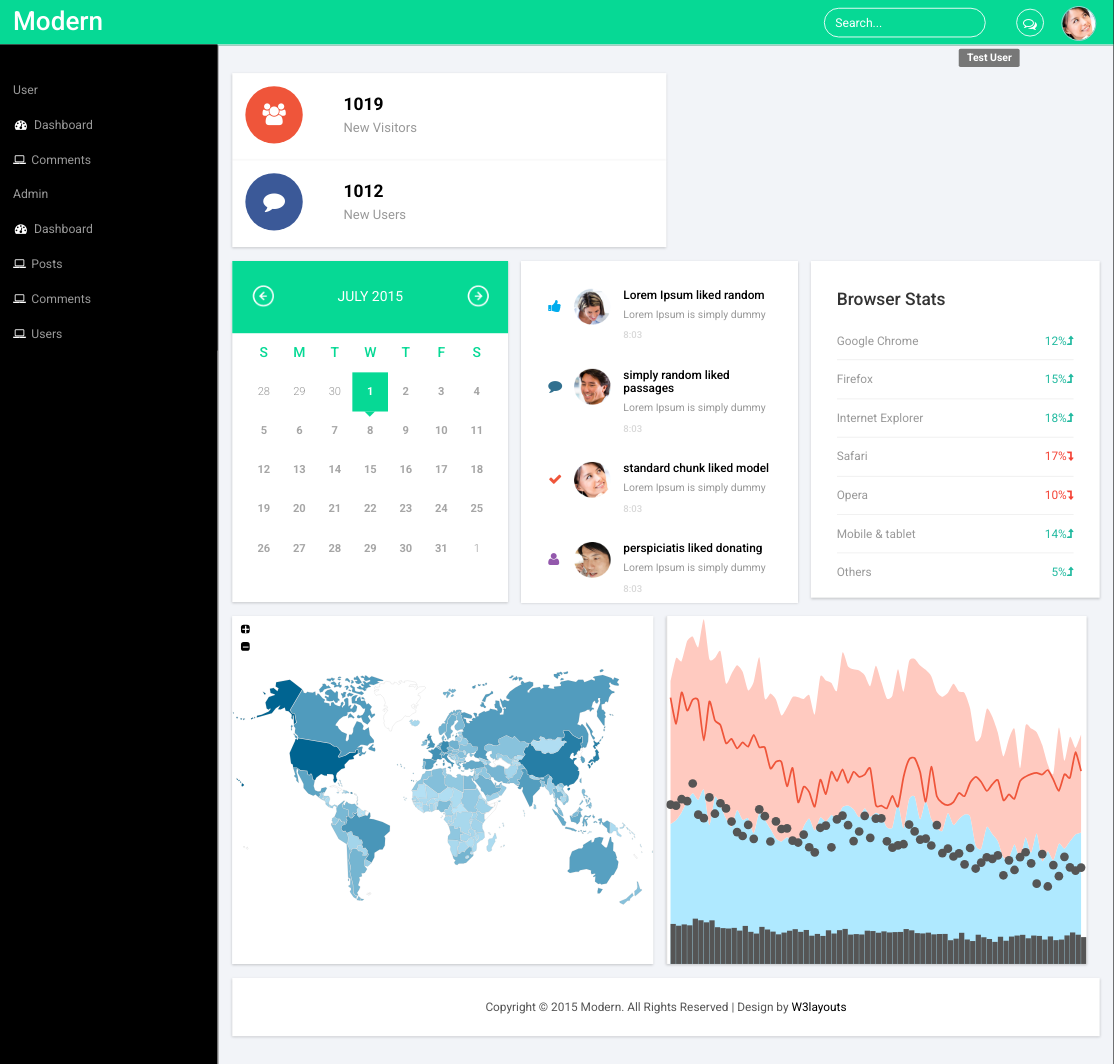
Repository: NomanMustafa/laravel-blog
Page: http://localhost/user/dashboard
These files come from the project's save history. The page is drawn as it stood at one moment and after the next save; the edit follows.
The browser window is 1280 px wide. The pictures show the whole page, at 87% of full size.
The page is served by the project's Laravel application, run on PHP 8.4 with Laravel 8. A made-up administrator, Test User (test@example.com), is signed in.

Above is the page before, as saved 2020-07-06 14:14:36.

After the next save:
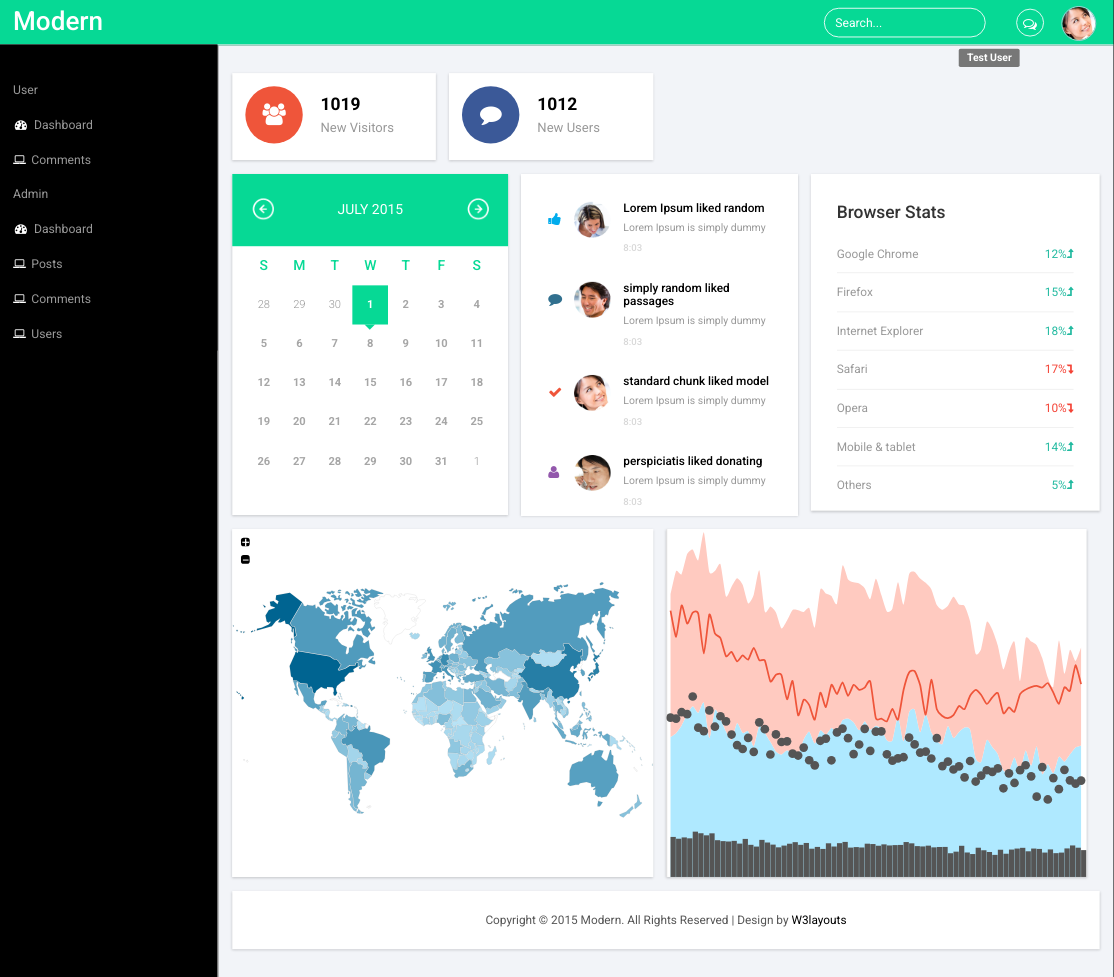
Saved 14 s later.
--- a/resources/views/user/dashboard.blade.php
+++ b/resources/views/user/dashboard.blade.php
@@ -3,9 +3,9 @@
 @section('content')
   <div id="page-wrapper">
         <div class="graphs">
-     	<div class="col_6">
+     	<div class="col_3">
 
-        	<div class="col-md-6 widget widget1">
+        	<div class="col-md-3 widget widget1">
         		<div class="r3_counter_box">
                     <i class="pull-left fa fa-users user1 icon-rounded"></i>
                     <div class="stats">
@@ -14,7 +14,7 @@
                     </div>
                 </div>
         	</div>
-        	<div class="col-md-6 widget widget1">
+        	<div class="col-md-3 widget widget1">
         		<div class="r3_counter_box">
                     <i class="pull-left fa fa-comment user2 icon-rounded"></i>
                     <div class="stats">
